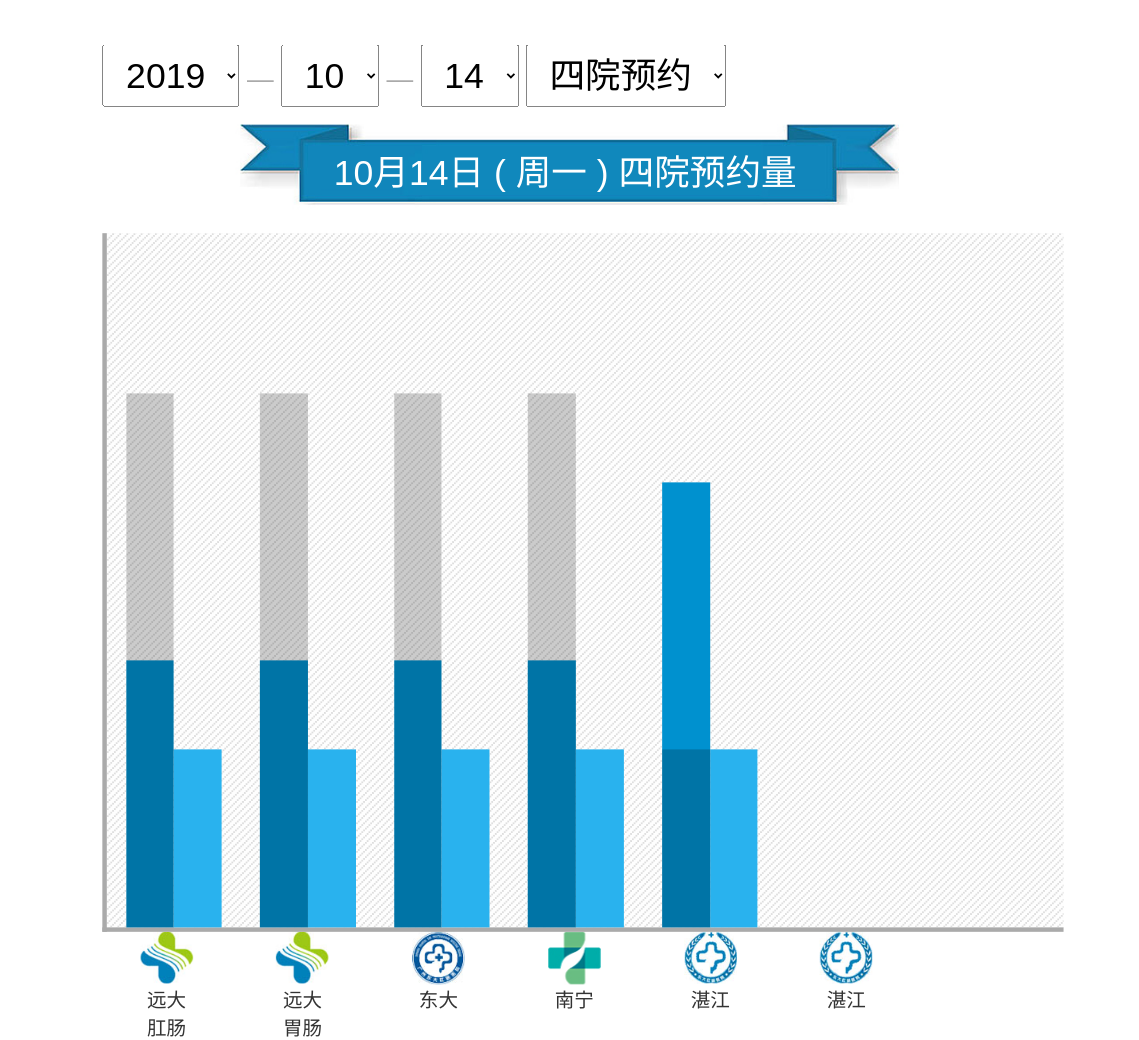
Repository: jerryyan/project
Page: http://localhost/m/index.php
An editor plug-in stored every save of this project. The page is shown before and after a run of saves, followed by the edit.
The browser window is 1280 px wide. The pictures show the whole page, at 89% of full size.
The page is run by PHP 8.4 with error messages shown; the project is at /var/www/html/. The session is filled in as if someone had signed in: {"name": "admin"}.

Above is the page before, as saved 2019-10-14 16:18:26.

After the next 2 saves:
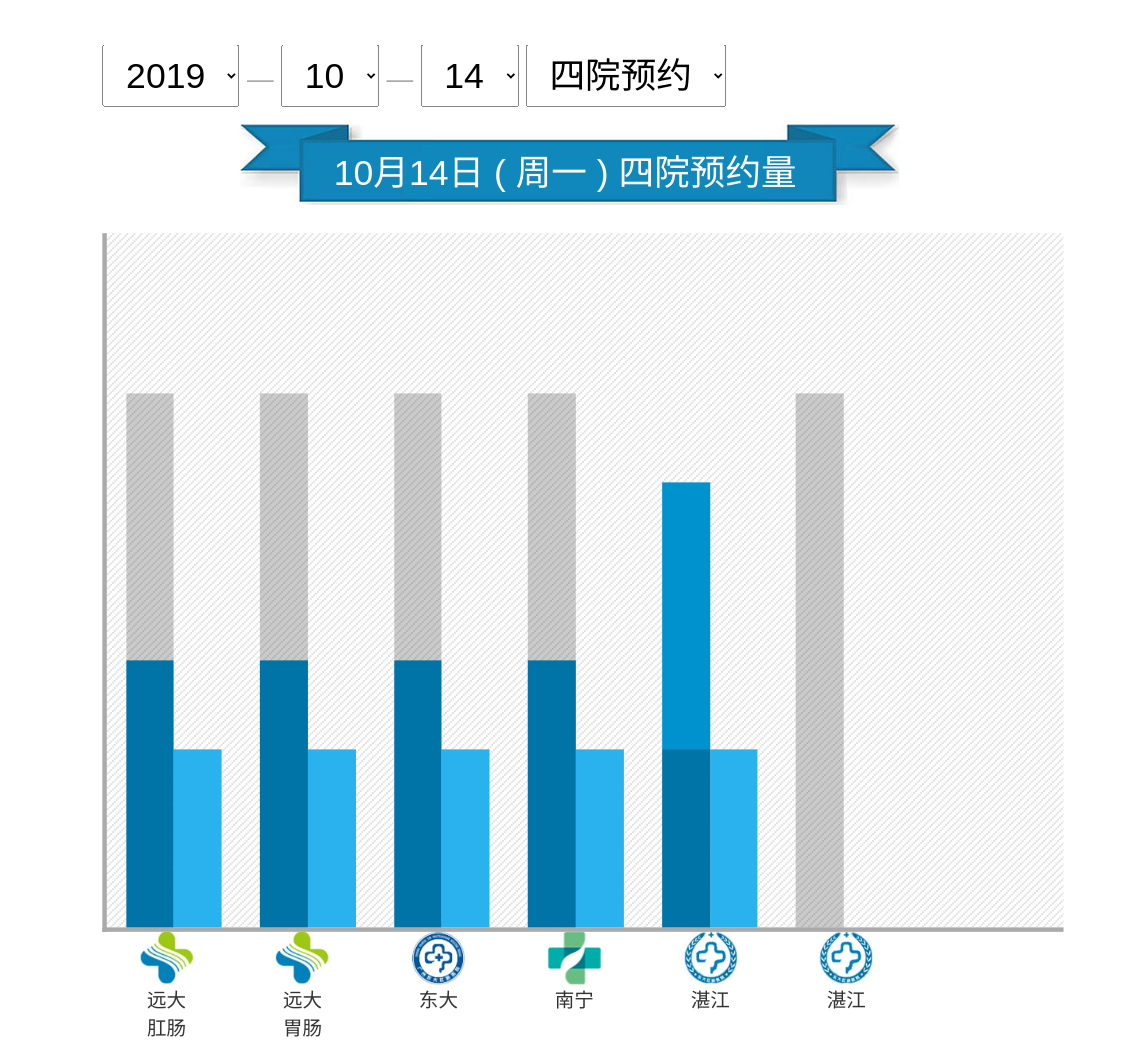
The 2 saves are shown as one change because they came seconds apart.
The last was saved 42 s later.
--- a/m/css/m.css
+++ b/m/css/m.css
@@ -199,6 +199,7 @@ ul {
 .dd_3,
 .ma_3,
 .zj_3,
+.ty_3,
 .yc_3 {
     background: rgba(0, 0, 0, 0.20);
     height: 600px;
